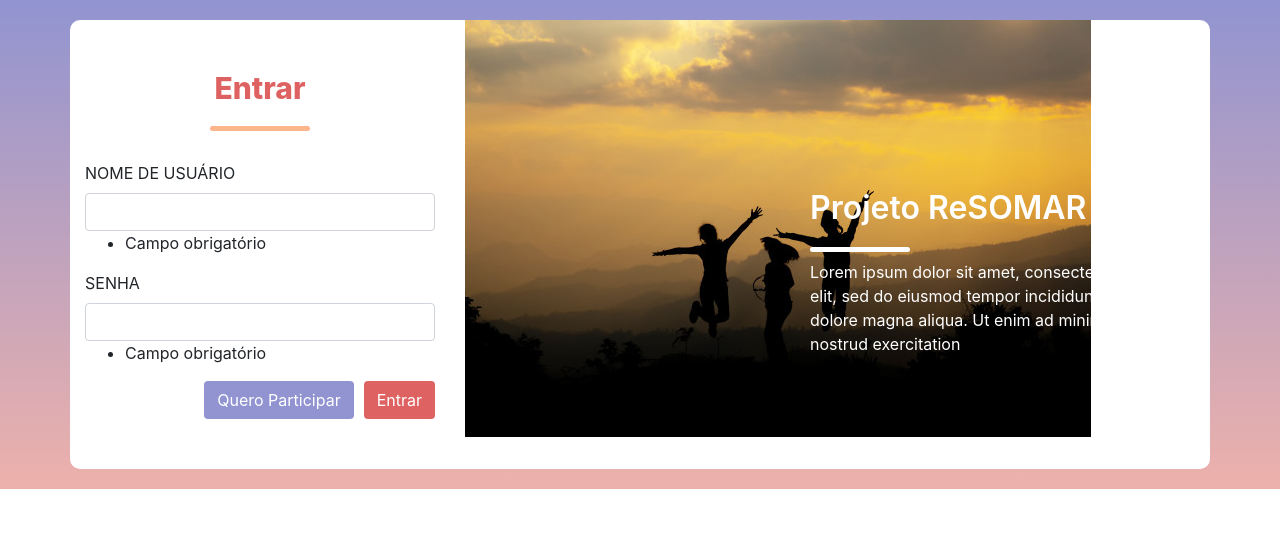
Repository: juniorSchulz17/reSOMAR
Page: Resomar/WebContent/View/login/login.html
These files come from the project's save history. The page is drawn as it stood at one moment and after the next save; the edit follows.
The browser window is 1280 px wide. The pictures show the whole page.

Above is the page before, as saved 2018-12-11 22:37:04.
Console error: TypeError: Cannot read properties of undefined (reading 'fn')

### Resomar/WebContent/View/login/login.html
<!DOCTYPE html>
<html>
<head>
<meta charset="ISO-8859-1">
<title>Insert title here</title>

<link rel="stylesheet" href="login.css"/>
<link rel="stylesheet" href="../assets/css/bootstrap.min.css"/>


<script type="text/javascript" src="../assets/js/bootstrap.min.js"></script>
<script type="text/javascript" src="../assets/js/angular.js"></script>

</head>
<body>
<div class="login-block">
  <div class="container">
    <div class="row">
      <div class="col-md-4 login-sec">
        <h2 class="text-center">Entrar</h2>
        <form class="login-form" #myForm = "ngForm">
          <div class="form-group" ng-class="{'has-error': !user.valid && (user.dirty || user.touched)}">
            <label for="userName" class="text-uppercase">Nome de Usuário</label>
            <input type="text" class="form-control" id="userName" placeholder="" name="userName" ng-model="userName"
              #user="ngModel" required>
            <span class="help-block" ng-if="user.errors && (user.dirty || user.touched)">
              <ul>
                <li ng-if="user.errors.required">
                  Campo obrigatório
                </li>
              </ul>
            </span>
          </div>

          <div class="form-group" ng-class="{'has-error': !pass.valid && (pass.dirty || pass.touched)}">
            <label for="exampleInputPassword1" class="text-uppercase">Senha</label>
            <input type="password" class="form-control" placeholder="" name="password" ng-model="password" #pass="ngModel"
              required>
            <span class="help-block" ng-if="pass.errors && (pass.dirty || pass.touched)">
              <ul>
                <li ng-if="pass.errors.required">
                  Campo obrigatório
                </li>
              </ul>
            </span>
          </div>
          <div class="form-check">
            <button type="submit" class="btn btn-login float-right" [disabled]="!myForm.valid">Entrar</button>

            <button type="button" class="btn btn-login float-right btnParticipation">Quero Participar</button>
          </div>
        </form>
      </div>
      <div class="col-md-8 banner-sec">
        <div id="carouselExampleIndicators" class="carousel slide" data-ride="carousel">
          <div class="carousel-inner">
            <div class="carousel-item active">
              <img class="d-block img-fluid" src="../assets/images/background-login.jpg" alt="First slide">
              <div class="banner-text">
                <h2>Projeto ReSOMAR</h2>
                <p>Lorem ipsum dolor sit amet, consectetur adipiscing elit, sed do eiusmod tempor incididunt ut
                  labore et dolore magna aliqua. Ut enim ad minim veniam, quis nostrud exercitation</p>
              </div>
            </div>
          </div>
        </div>
      </div>
    </div>
  </div>
</div>
</body>
</html>

### Resomar/WebContent/View/login/login.css

.login-block {
background: #DE6262;
/* fallback for old browsers */
background: -webkit-linear-gradient(to bottom, #FFB88C, #DE6262);
/* Chrome 10-25, Safari 5.1-6 */
background: linear-gradient(to bottom, #9194d1, #edb1ab);
/* W3C, IE 10+/ Edge, Firefox 16+, Chrome 26+, Opera 12+, Safari 7+ */
float: left;
width: 100%;
padding: 20px 0;
}
.banner-sec {
background-size: cover;
border-radius: 0 10px 10px 0;
padding: 0;
}
.btnParticipation {
margin-right: 10px;
background: #9194d1 !important;
}

.container {
background: #fff;
border-radius: 10px;
}

.carousel-inner {
border-radius: 0 10px 10px 0;
}

div.col-md-8.banner-sec {
	padding-right: 0 !important;
}

.carousel-caption {
text-align: left;
left: 5%;
}

.login-sec {
padding: 50px 30px;
position: relative;
}

.login-sec .copy-text {
position: absolute;
width: 80%;
bottom: 20px;
font-size: 13px;
text-align: center;
}

.login-sec .copy-text i {
color: #FEB58A;
}

.login-sec .copy-text a {
color: #E36262;
}

.login-sec h2 {
margin-bottom: 30px;
font-weight: 800;
font-size: 30px;
color: #DE6262;
}

.login-sec h2:after {
content: " ";
width: 100px;
height: 5px;
background: #FEB58A;
display: block;
margin-top: 20px;
border-radius: 3px;
margin-left: auto;
margin-right: auto
}

.btn-login {
background: #DE6262;
color: #fff;
font-weight: 600;
}

.banner-text {
position: absolute;
bottom: 65px;
padding-left: 345px;
}

.banner-text h2 {
color: #fff;
font-weight: 600;
}

.banner-text h2:after {
content: " ";
width: 100px;
height: 5px;
background: #FFF;
display: block;
margin-top: 20px;
border-radius: 3px;
}

.banner-text p {
color: #fff;
}

Loaded but not shown: Resomar/WebContent/assets/css/bootstrap.min.css (library); Resomar/WebContent/assets/js/bootstrap.min.js (library); Resomar/WebContent/assets/js/angular.js (library)

After the next save:
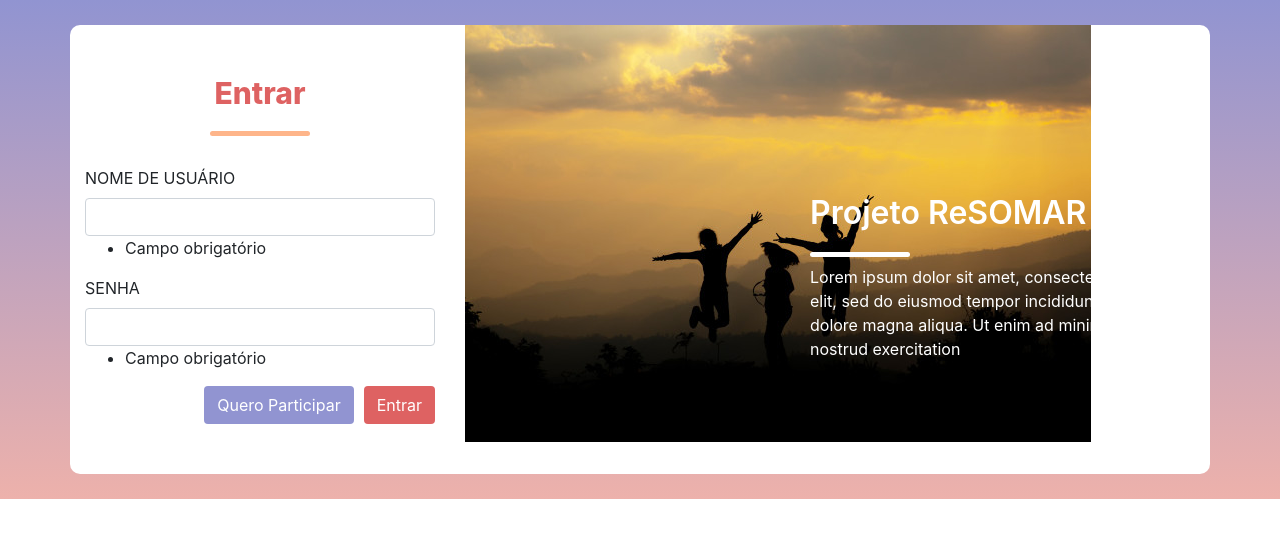
Saved 96 s later.
--- a/Resomar/WebContent/View/login/login.css
+++ b/Resomar/WebContent/View/login/login.css
@@ -8,7 +8,7 @@ background: linear-gradient(to bottom, #9194d1, #edb1ab);
 /* W3C, IE 10+/ Edge, Firefox 16+, Chrome 26+, Opera 12+, Safari 7+ */
 float: left;
 width: 100%;
-padding: 20px 0;
+padding: 25px 0;
 }
 .banner-sec {
 background-size: cover;
